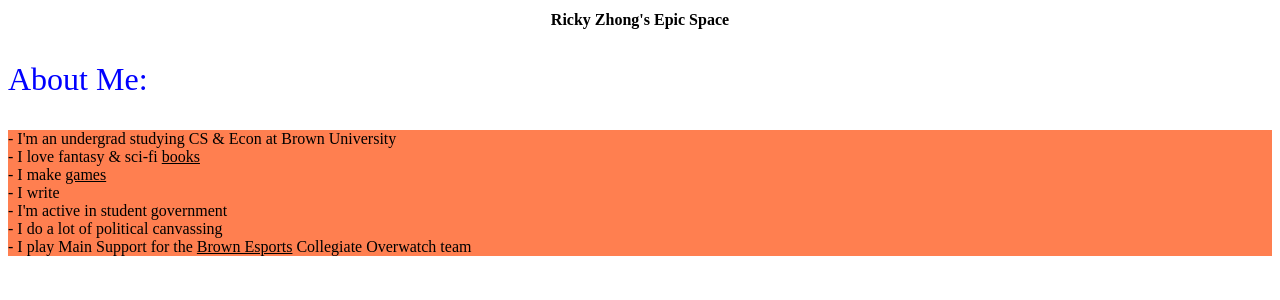
Repository: rickydaricky/rickydaricky.github.io
Page: index.html
The author's editor kept a copy of each file at every save. The page is drawn from the files as they stood at one save, then again after the next save.
The browser window is 1280 px wide. The pictures show the whole page.

Above is the page before, as saved 2021-11-26 02:38:52.

### index.html
<!DOCTYPE html>

<head>
    <meta charset="UTF-8">
    <meta name="viewport" content="width=device-width, initial-scale=1.0">
    <link rel="stylesheet" href="main.css" type="text/css">
    <title>Homepage</title>
</head>

<html>
  <body>
    <h1 style="text-align: center;">Ricky Zhong's Epic Space</h1>
    <p style="font-size: 200%; color: blue;">About Me:</p>
    <p style="background-color: coral;">
      - I'm an undergrad studying CS & Econ at Brown University
      <br />
      - I love fantasy & sci-fi
      <a href="https://goodreads.com/rickydaricky">books</a>
      <br />
      - I make
      <a href="https://rickydaricky.itch.io/">games</a>
      <br />
      - I write
      <br />
      - I'm active in student government
      <br />
      - I do a lot of political canvassing
      <br />
      - I play Main Support for the
      <a href="https://brownesports.org/">Brown Esports</a>
      Collegiate Overwatch team
    </p>
  </body>
</html>

### main.css
p {
  text-align: justify;
  font-size: 200%;
}

html * {
    font-size: 16px;
    color: black;
}

After the next save:
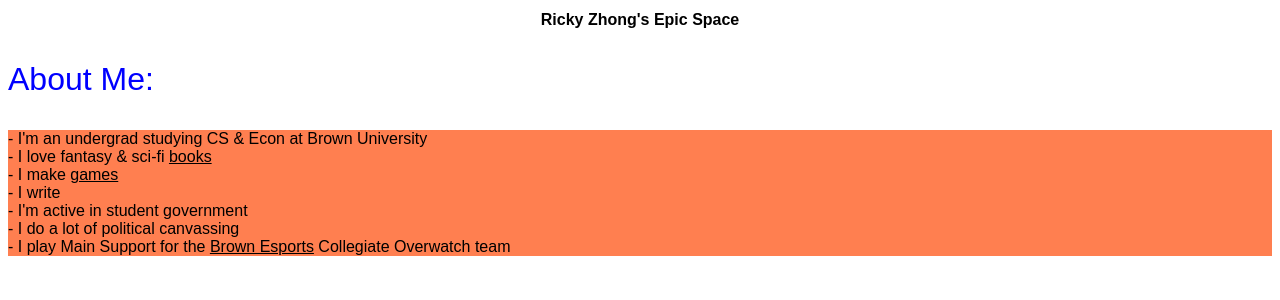
Saved 8 s later.
--- a/main.css
+++ b/main.css
@@ -4,6 +4,7 @@
 }
 
 html * {
-    font-size: 16px;
-    color: black;
+  font-size: 16px;
+  color: black;
+  font-family: Nunito, sans-serif;
 }
